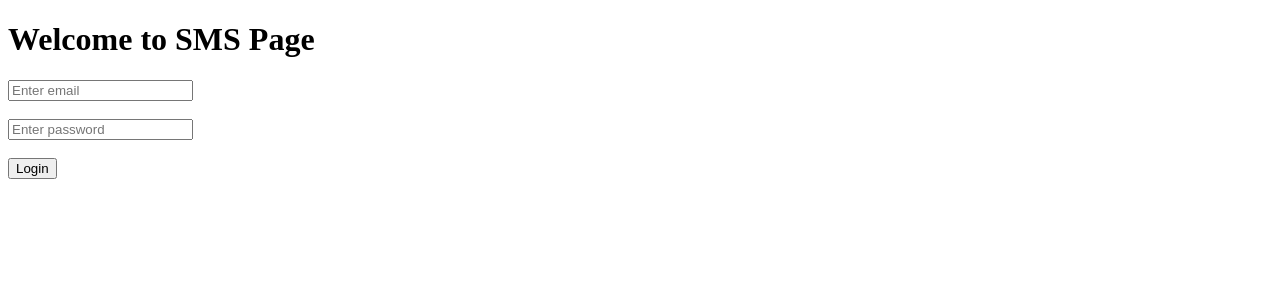
Repository: Madavahari/Servlets
Page: http://localhost/sms/login.jsp
The author's editor kept a copy of each file at every save. The page is drawn from the files as they stood at one save, then again after the next save.
The browser window is 1280 px wide. The pictures show the whole page.
The page is served by Tomcat 9. Other server files are loaded and not shown.

Above is the page before, as saved 2024-10-17 03:49:58.

### servlets/sms/src/main/webapp/login.jsp
<%@ page language="java" contentType="text/html; charset=UTF-8"
    pageEncoding="UTF-8"%>
<!DOCTYPE html>
<html>
<head>
<meta charset="UTF-8">
<title>Login Page</title>
</head>
<body>
<h1>Welcome to SMS Page</h1>
<div>
<form action="login">
<input type="text" name="email" placeholder="Enter email"><br><br>
<input type="text" name="password" placeholder="Enter password"><br><br>
<button type="submit">Login</button>
</form>

</div>
</body>
</html>

After the next save:
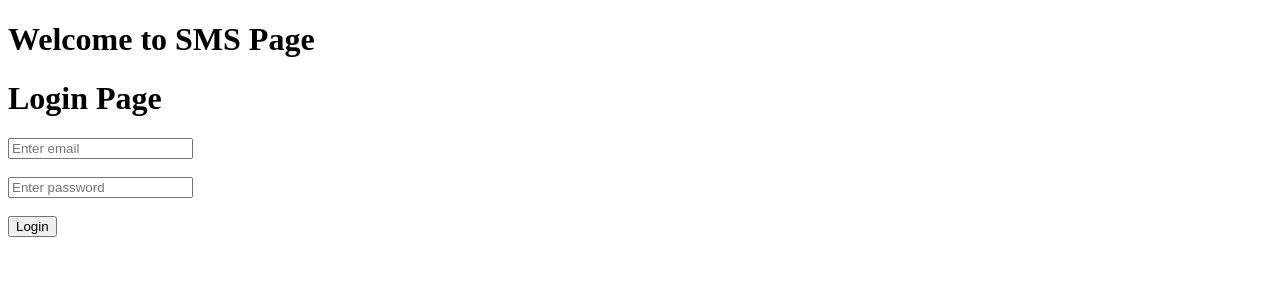
Saved 46 s later.
--- a/servlets/sms/src/main/webapp/login.jsp
+++ b/servlets/sms/src/main/webapp/login.jsp
@@ -8,6 +8,7 @@
 </head>
 <body>
 <h1>Welcome to SMS Page</h1>
+<h1>Login Page</h1>
 <div>
 <form action="login">
 <input type="text" name="email" placeholder="Enter email"><br><br>
